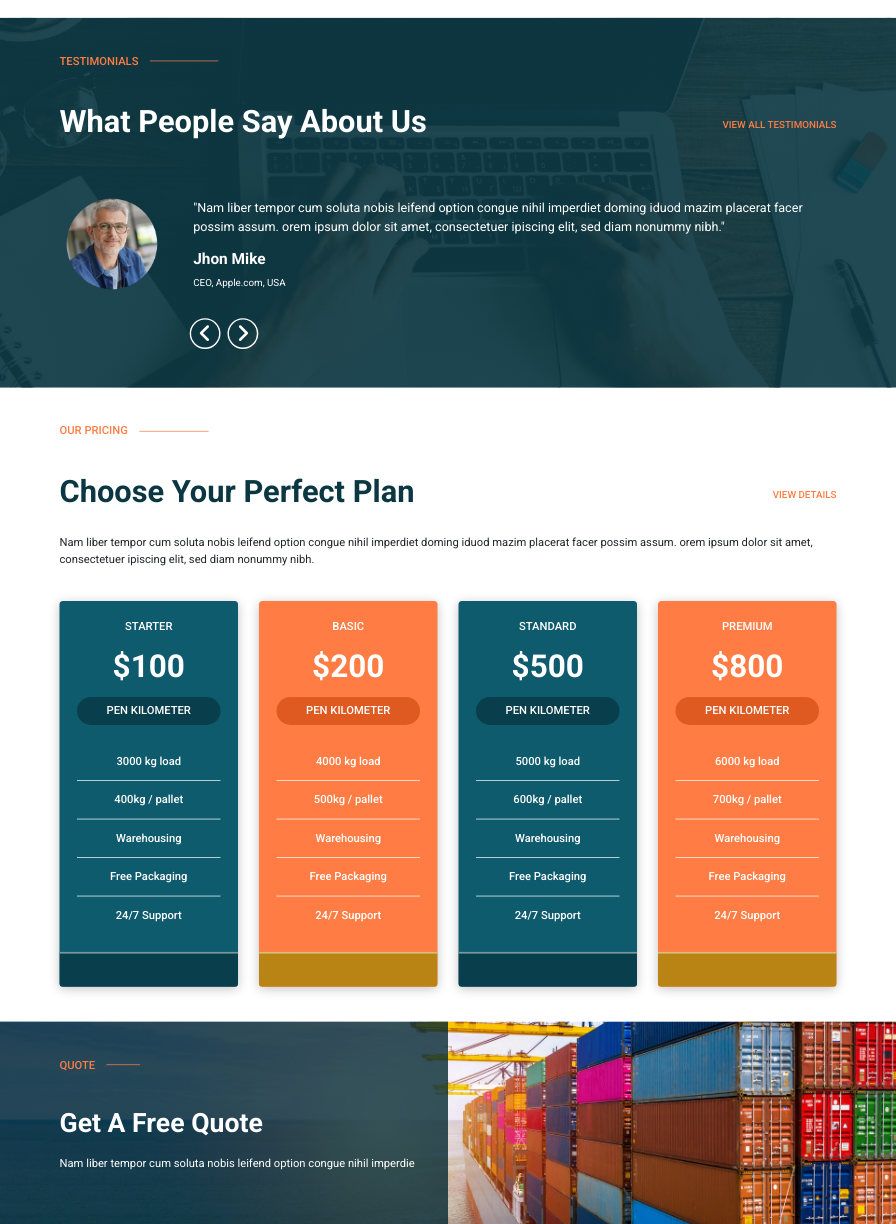
Repository: nazmulalok/shipping-theme
Page: index.html
The author's editor kept a copy of each file at every save. The page is drawn from the files as they stood at one save, then again after the next save.
The browser window is 1280 px wide. The pictures show the part of the page from y = 3182 to 5102 px (the page is 4930 px tall before and 5102 px after), at 70% of full size.
Some web libraries are served in a nearby version.

Above is the page before, as saved 2022-10-09 16:51:31.

After the next save:
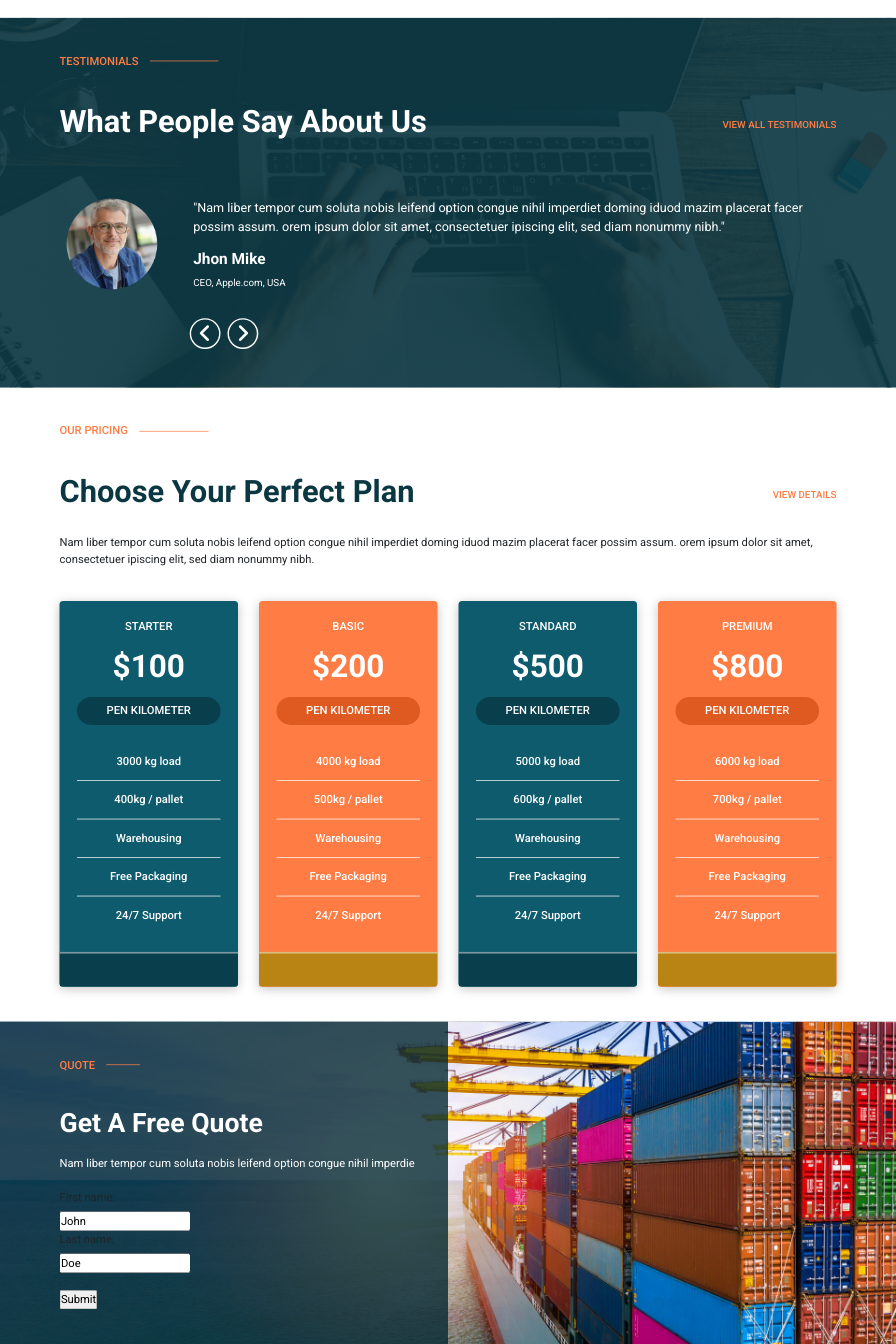
Saved 2 min 47 s later.
--- a/index.html
+++ b/index.html
@@ -442,6 +442,15 @@
                         <h4 class="text-white mb-4">Get A Free Quote</h4>
                         <p class="text-white mb-4">Nam liber tempor cum soluta nobis leifend option congue nihil
                             imperdie</p>
+                        <div class="form-holder">
+                            <form action="/action_page.php">
+                                <label for="fname">First name:</label><br>
+                                <input type="text" id="fname" name="fname" value="John"><br>
+                                <label for="lname">Last name:</label><br>
+                                <input type="text" id="lname" name="lname" value="Doe"><br><br>
+                                <input type="submit" value="Submit">
+                            </form>
+                        </div>
                     </div>
                 </div>
             </div>
